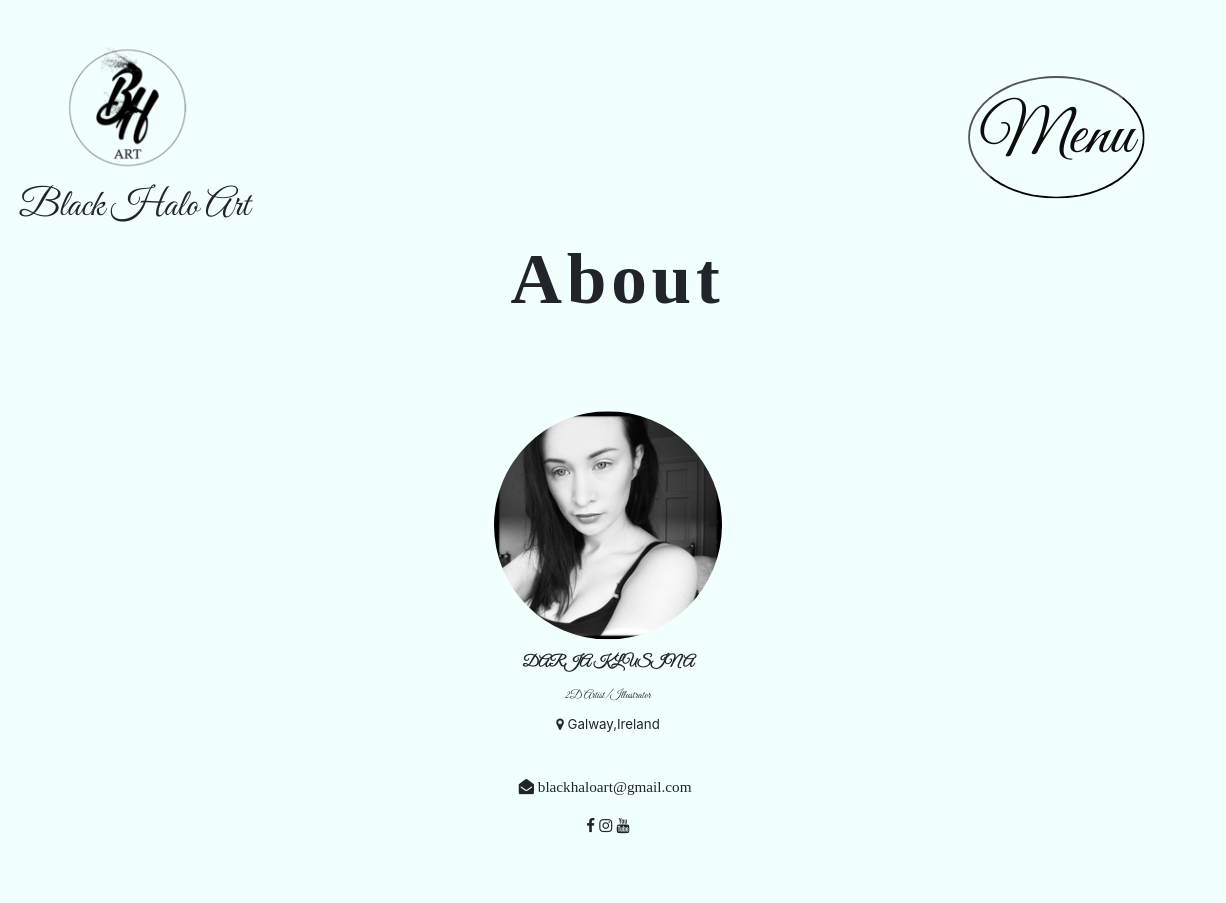
Repository: Cosy-Chaos/project-time
Page: about.html
The author's editor kept a record of every edit. The page is drawn from the files as they stood at one moment, then again after the next edit.
The browser window is 1280 px wide. The page is 1290 px wide, so the pictures cover 1290 px, including what lies to the right of the window. The pictures show the whole page, at 95% of full size.

Above is the page before.

After the next edit:
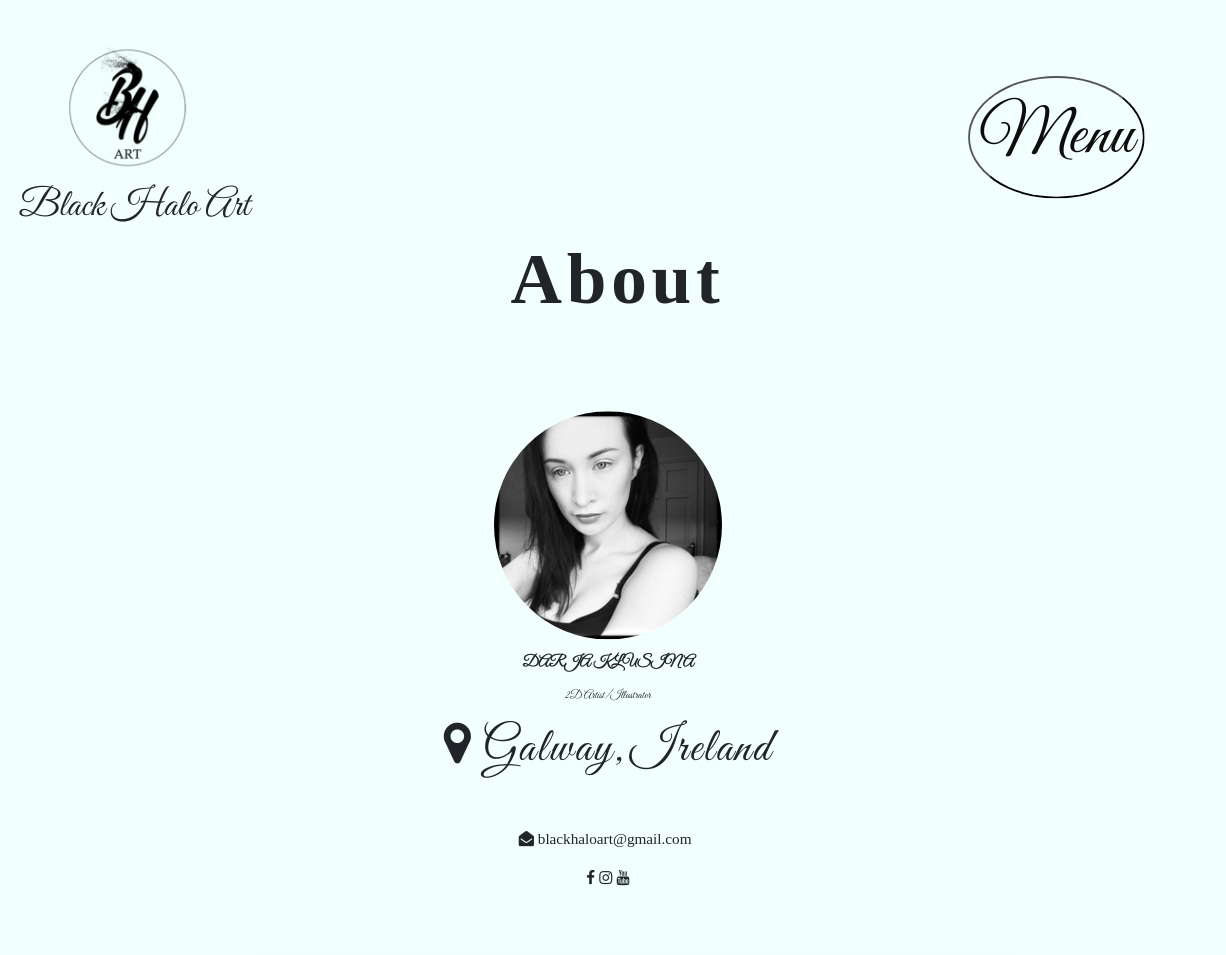
The edit:
--- a/assets/style_about.css
+++ b/assets/style_about.css
@@ -139,7 +139,7 @@
     margin-top: 0.5662rem;
 }
 
-.span {
+.about-location {
     font-family: 'Great Vibes', cursive;
     font-size: 50px;
     letter-spacing: 2px;
